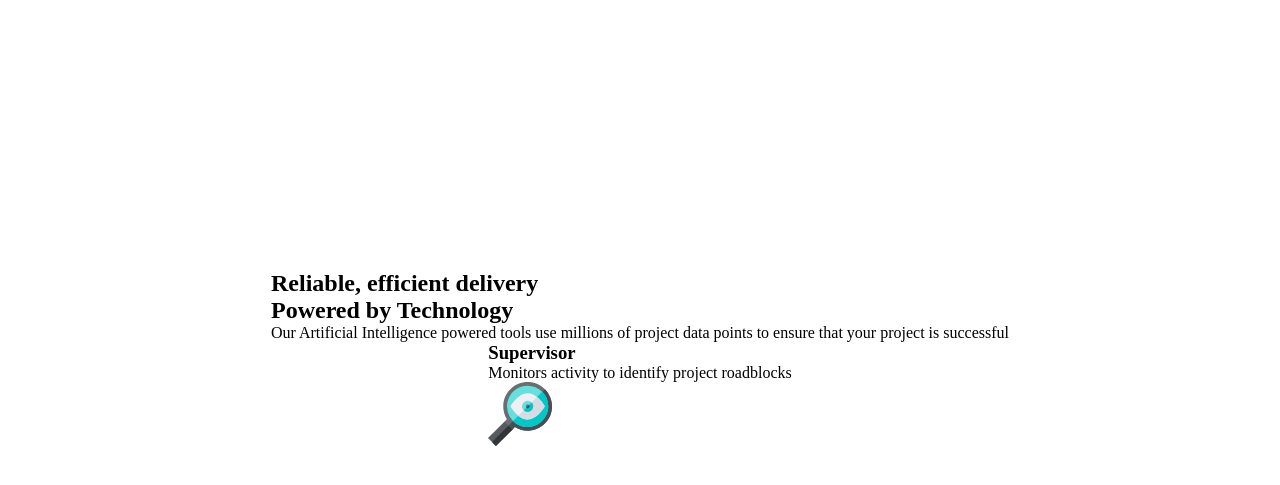
Repository: brandontaylor1/four-card-feature
Page: index.html
These files come from the project's save history. The page is drawn as it stood at one moment and after the next save; the edit follows.
The browser window is 1280 px wide. The pictures show the whole page.

Above is the page before, as saved 2025-01-09 22:26:35.

After the next save:
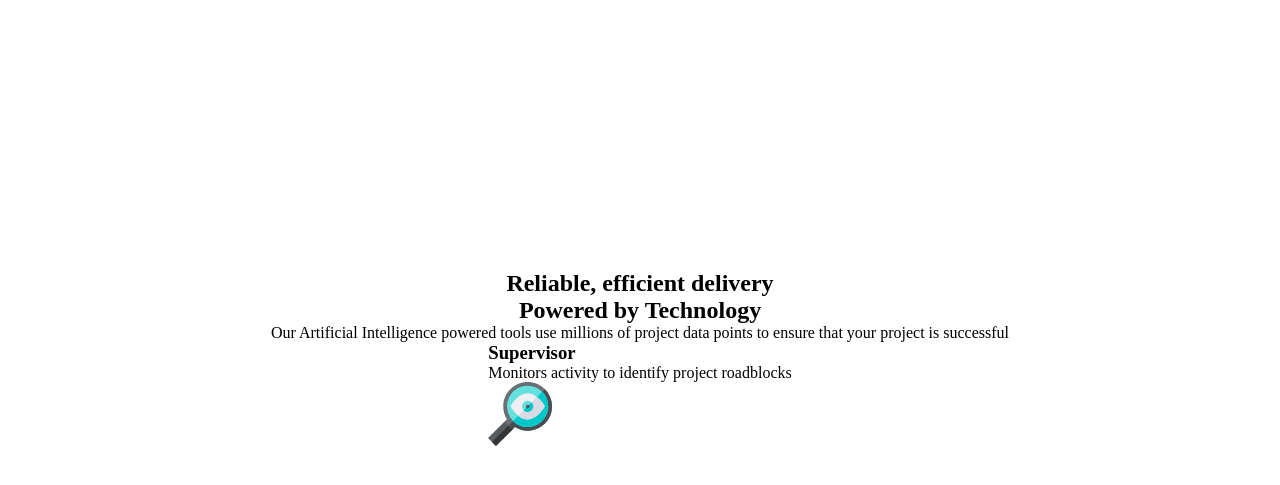
Saved 12 s later.
--- a/index.html
+++ b/index.html
@@ -11,7 +11,7 @@
 </head>
 <body>
     <main class="container">
-        <section class="page content">
+        <section class="page-content">
             <h1>Reliable, efficient delivery</h1>
             <h2>Powered by Technology</h2>
             <p>Our Artificial Intelligence powered tools use millions of project data points to ensure that your project is successful</p>
